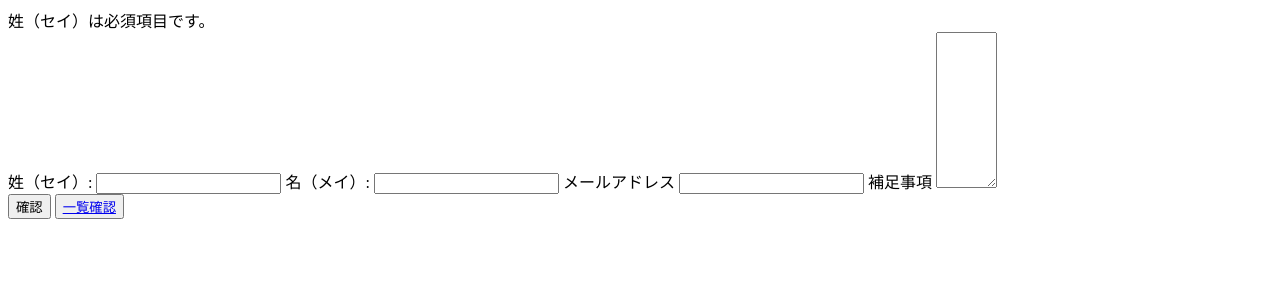
Repository: yoshiryoryo/phpform2
Page: http://localhost/
These files come from the project's save history. The page is drawn as it stood at one moment and after a run of saves; the edit follows.
The browser window is 1280 px wide. The pictures show the whole page.
The page is run by PHP 8.4 with error messages shown; the project is at /var/www/html/.

Above is the page before, as saved 2021-03-05 11:43:50.

### index.php
<?php
// セッションIDは個人を識別するために必要なID
session_start();
function generateToken()
{
    // セキュリティ上他者からの予測を困難にするため、乱数を設定する
    $bytes = openssl_random_pseudo_bytes(16);
    return bin2hex($bytes);
}
$token = generateToken();
$_SESSION['token'] = $token;

// バリデーション
// 姓（セイ）の場合
if(empty($sei)){
    echo '姓（セイ）は必須項目です。';
  } else {

  }


?>

<!DOCTYPE html>
<html lang="ja">
<head>
    <meta charset="UTF-8">
    <meta http-equiv="X-UA-Compatible" content="IE=edge">
    <meta name="viewport" content="width=device-width, initial-scale=1.0">
    <title>Document</title>
</head>
<body>
    <form action="confirm.php" method="get">
      <div>
        <tr>
            <th>姓（セイ）:</th>
            <td><input type="text" name="sei"></td>
        </tr>
        <tr>
            <th>名（メイ）:</th>
            <td><input type="text" name="mei"></td>
        </tr>
        <tr>
            <th>メールアドレス</th>
            <td><input type="text" name="email"></td>
        </tr>
        <tr>
            <th>補足事項</th>
            <td><textarea name="text" id="" cols="5" rows="10"></textarea></td>
        </tr>
      </div>
      <button type="submit" name="confirm" value="send">確認</button>
      <button><a href="member.php">一覧確認</a></button>
    </form>
</body>
</html>

After the next 4 saves:
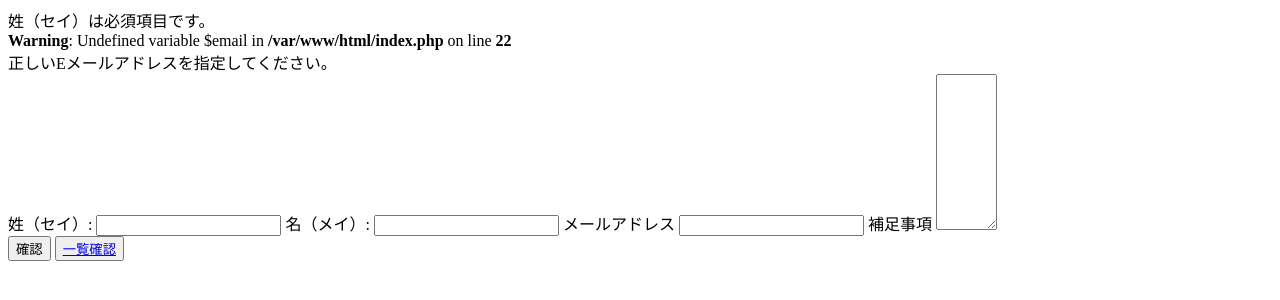
The 4 saves are shown as one change because they came seconds apart.
The last was saved 49 s later.
--- a/index.php
+++ b/index.php
@@ -18,7 +18,10 @@ if(empty($sei)){
 
   }
 
-
+//
+if(!filter_var($email, FILTER_VALIDATE_EMAIL)){
+  echo '正しいEメールアドレスを指定してください。';
+}
 ?>
 
 <!DOCTYPE html>
